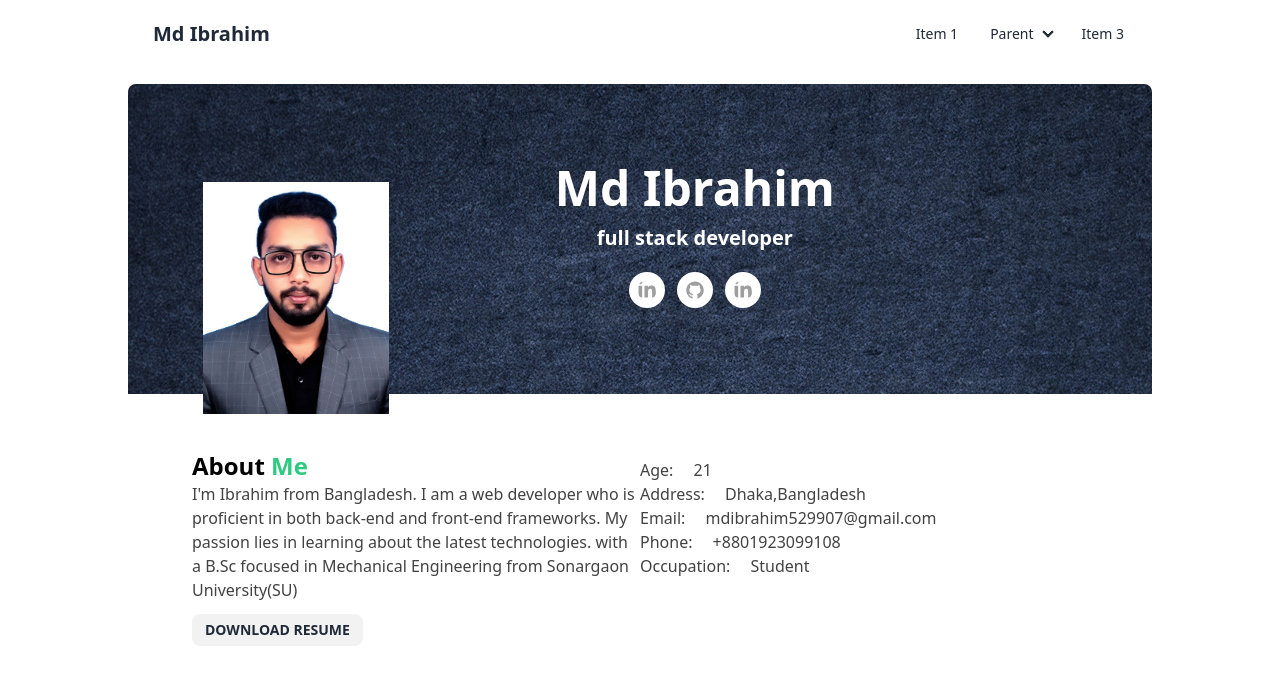
Repository: mdrubel02/portfilo
Page: /
The author's editor kept a copy of each file at every save. The page is drawn from the files as they stood at one save, then again after the next save.
The browser window is 1280 px wide. The pictures show the whole page.
The project was rebuilt for these pictures with package versions that can differ from the ones it lists, and the page was loaded fresh each time. Also part of the build but not shown: vite.config.js.

Above is the page before, as saved 2023-06-25 17:18:14.

### src/main.jsx
import React from 'react'
import ReactDOM from 'react-dom/client'
import './index.css'
import { RouterProvider } from 'react-router-dom'
import router from './Layout/routes'



ReactDOM.createRoot(document.getElementById('root')).render(
  <React.StrictMode>
    <div className='max-w-screen-lg mx-auto'>
      <RouterProvider router={router} />
    </div>
  </React.StrictMode>,
)

### src/index.css
@import url("https://fonts.googleapis.com/css2?family=Poppins&display=swap");

@tailwind base;
@tailwind components;
@tailwind utilities;

### src/Layout/routes.jsx
import { createBrowserRouter } from "react-router-dom";
import Main from "./Main";
import Home from "../Pages/Home/Home";


const router = createBrowserRouter([
  {
    path: "/",
    element: <Main />,
    children: [
      { path: '/', element: <Home /> },
      { path: '/home', element: <Home /> }
    ]
  }
]);

export default router;

### src/Layout/Main.jsx
import React from 'react';
import Navbar from '../Shared/Navbar/Navbar';
import { Outlet } from 'react-router-dom';

const Main = () => {
    return (
        <div className=''>
            <Navbar />
            <Outlet />
        </div>
    );
};

export default Main;

### src/Pages/Home/Home.jsx
import React from 'react';
import profile from '../../assets/nayeem.jpg'
import banner from '../../assets/background-image.jpg'
import { FaLinkedinIn } from 'react-icons/fa';
import { AiFillGithub } from 'react-icons/ai';
import Me from './me';


const Home = () => {
    const user = ['#9e9e9e']
    return (
        <div className='mt-3 '>
            <div
                style={{ backgroundImage: `url(${banner})` }}
                className='lg:h-[310px] max-[600px]:h-[500px] relative rounded-t-lg'>
                <div className='lg:flex mt-4'>
                    <div className='lg:w-5/12 flex justify-center items-center '>
                        <img className=' lg:h-3/4 max-[600px]:h-60 lg:absolute lg:bottom-[-20px] lg:left-[75px] mt-9 ' src={profile} alt="profile" />
                    </div>
                    <div className='lg:w-1/2 flex lg:justify-start  items-center max-[600px]:justify-center max-[600px]:mt-[-20px]'>
                        <div className='mt-20 w-auto'>
                            <h3 className='text-5xl text-white font-extrabold font-sans tracking-normal'>Md Ibrahim</h3>
                            <p className='text-center mt-3 text-xl text-white font-bold font-poppins'>full stack developer</p>
                            <div className='mt-5 flex justify-center items-center'>
                                <span className='' ><FaLinkedinIn className='text-[#9e9e9e]  bg-white h-9 w-9 rounded-[50%] p-2 text-1xl cursor-pointer' /></span>
                                <span className='' ><AiFillGithub className='text-[#9e9e9e]  bg-white h-9 w-9 rounded-[50%] p-2 text-1xl cursor-pointer ms-3' /></span>
                                <span className='' ><FaLinkedinIn className='text-[#9e9e9e]  bg-white h-9 w-9 rounded-[50%] p-2 text-1xl cursor-pointer ms-3' /></span>
                            </div>
                        </div>
                    </div>
                </div>
            </div>
            <div className='bg-white'>
                <Me />
            </div>
        </div>
    );
};

export default Home;

### src/Shared/Navbar/Navbar.jsx
import React from 'react';

const Navbar = () => {
    return (
        <div className="navbar bg-base-100 ">
            <div className="navbar-start">
            <div className="dropdown ">
                    <label tabIndex={0} className="btn btn-ghost lg:hidden">
                        <svg xmlns="http://www.w3.org/2000/svg" className="h-5 w-5" fill="none" viewBox="0 0 24 24" stroke="currentColor"><path strokeLinecap="round" strokeLinejoin="round" strokeWidth="2" d="M4 6h16M4 12h8m-8 6h16" /></svg>
                    </label>
                    <ul tabIndex={0} className="menu menu-sm dropdown-content mt-3 z-[1] p-2 shadow bg-base-100 rounded-box w-52">
                        <li><a>Item 1</a></li>
                        <li>
                            <a>Parent</a>
                            <ul className="p-2">
                                <li><a>Submenu 1</a></li>
                                <li><a>Submenu 2</a></li>
                            </ul>
                        </li>
                        <li><a>Item 3</a></li>
                    </ul>
                </div>
                <a className="btn btn-ghost normal-case text-xl">Md Ibrahim</a>
            </div>
            <div className="navbar-end hidden lg:flex">
                <ul className="menu menu-horizontal px-1">
                    <li><a>Item 1</a></li>
                    <li tabIndex={0}>
                        <details>
                            <summary>Parent</summary>
                            <ul className="p-2">
                                <li><a>Submenu 1</a></li>
                                <li><a>Submenu 2</a></li>
                            </ul>
                        </details>
                    </li>
                    <li><a>Item 3</a></li>
                </ul>
            </div>


        </div>
    );
};

export default Navbar;

### src/Pages/Home/me.jsx
import React from 'react';

const me = () => {
    return (
        <section className='max-w-4xl mx-auto'>
            <div className='flex flex-col md:flex-row'>
                <div className='md:w-3/6 mt-14 max-[600px]:ms-5'>
                    <h2 className='text-2xl font-bold font-poppins text-black'>About <span className='text-[#2eca7f]'>Me</span></h2>
                    <p className='text-[#424242] mb-3'>I'm Ibrahim from Bangladesh. I am a web developer who is proficient in both back-end and front-end frameworks. My passion lies in learning about the latest technologies. with a B.Sc focused in Mechanical Engineering from Sonargaon University(SU)</p>
                    <button className='btn btn-sm mb-3'>Download resume</button>

                </div>
                <div className="divider border-gray-300 border-[1px] lg:hidden"></div>
                <div className='md:w-3/6 lg:mt-16 max-[600px]:ms-5'>
                    <div>
                        <h4 className='text-[#424242] '>Age: <span className='ms-4'>21</span></h4>
                        <h4 className='text-[#424242] '>Address: <span className='ms-4'>Dhaka,Bangladesh</span></h4>
                        <h4 className='text-[#424242] '>Email: <span className='ms-4'>mdibrahim529907@gmail.com</span></h4>
                        <h4 className='text-[#424242] '>Phone: <span className='ms-4'>+8801923099108</span></h4>
                        <h4 className='text-[#424242] '>Occupation: <span className='ms-4'>Student</span></h4>
                    </div>
                </div>
            </div>
        </section>
    );
};

export default me;

Loaded but not shown: index.html (common file); tailwind.config.js (common file)

After the next save:
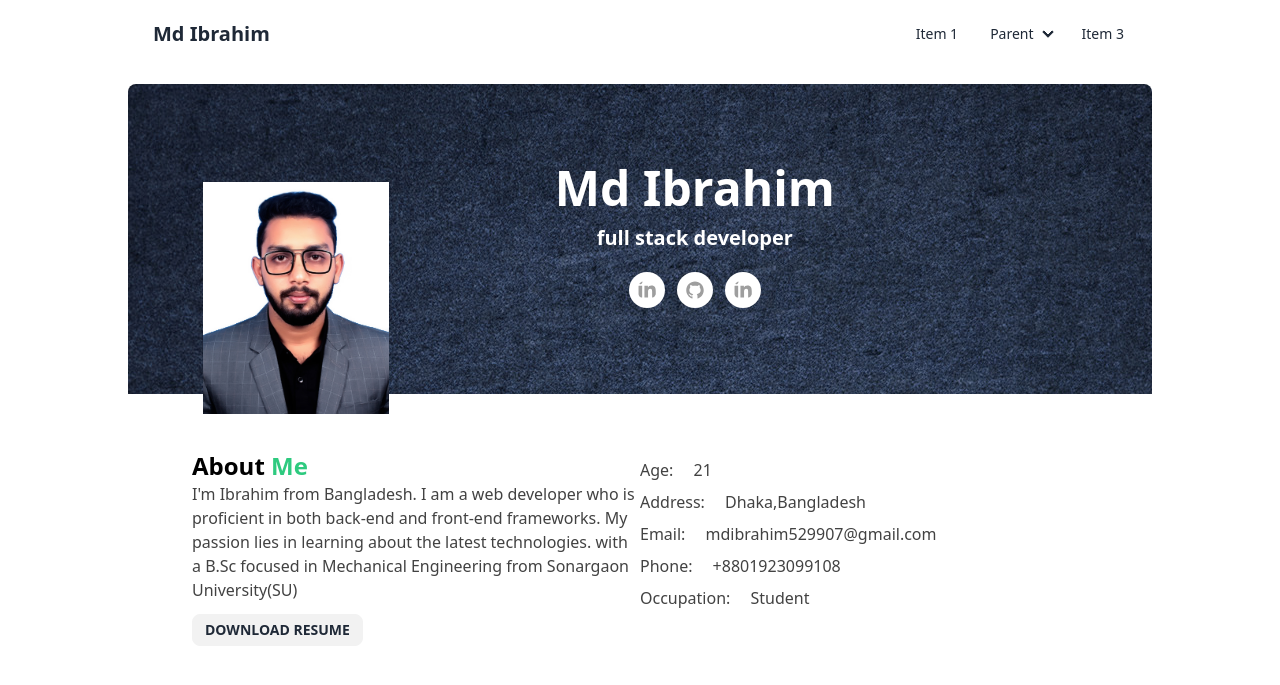
Saved 41 s later.
--- a/src/Pages/Home/me.jsx
+++ b/src/Pages/Home/me.jsx
@@ -13,11 +13,11 @@ const me = () => {
                 <div className="divider border-gray-300 border-[1px] lg:hidden"></div>
                 <div className='md:w-3/6 lg:mt-16 max-[600px]:ms-5'>
                     <div>
-                        <h4 className='text-[#424242] '>Age: <span className='ms-4'>21</span></h4>
-                        <h4 className='text-[#424242] '>Address: <span className='ms-4'>Dhaka,Bangladesh</span></h4>
-                        <h4 className='text-[#424242] '>Email: <span className='ms-4'>mdibrahim529907@gmail.com</span></h4>
-                        <h4 className='text-[#424242] '>Phone: <span className='ms-4'>+8801923099108</span></h4>
-                        <h4 className='text-[#424242] '>Occupation: <span className='ms-4'>Student</span></h4>
+                        <h4 className='text-[#424242] mb-2'>Age: <span className='ms-4'>21</span></h4>
+                        <h4 className='text-[#424242] mb-2'>Address: <span className='ms-4'>Dhaka,Bangladesh</span></h4>
+                        <h4 className='text-[#424242] mb-2'>Email: <span className='ms-4'>mdibrahim529907@gmail.com</span></h4>
+                        <h4 className='text-[#424242] mb-2'>Phone: <span className='ms-4'>+8801923099108</span></h4>
+                        <h4 className='text-[#424242] mb-2 '>Occupation: <span className='ms-4'>Student</span></h4>
                     </div>
                 </div>
             </div>
